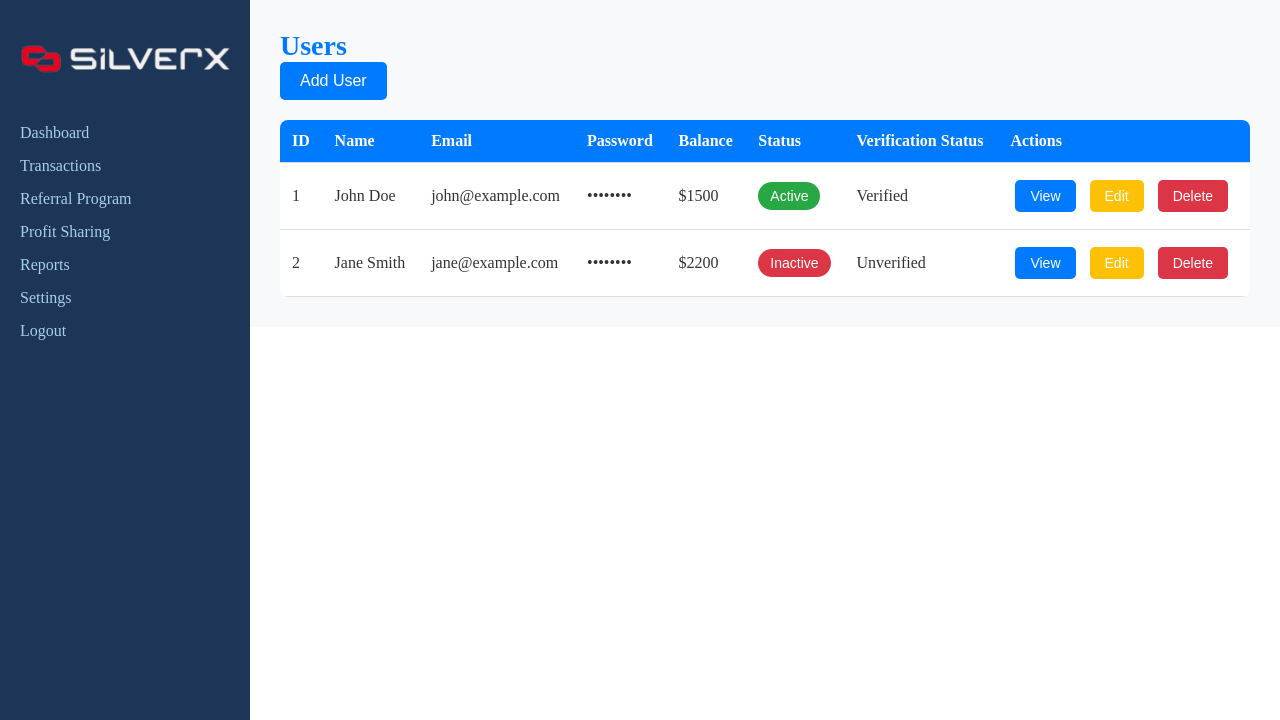
Repository: 2025silverx/slivedrX
Page: index.html
An editor plug-in stored every save of this project. The page is shown before and after the next save, followed by the edit.
The browser window is 1280 px wide. The pictures show the whole page.

Above is the page before, as saved 2025-01-19 21:03:32.

After the next save:
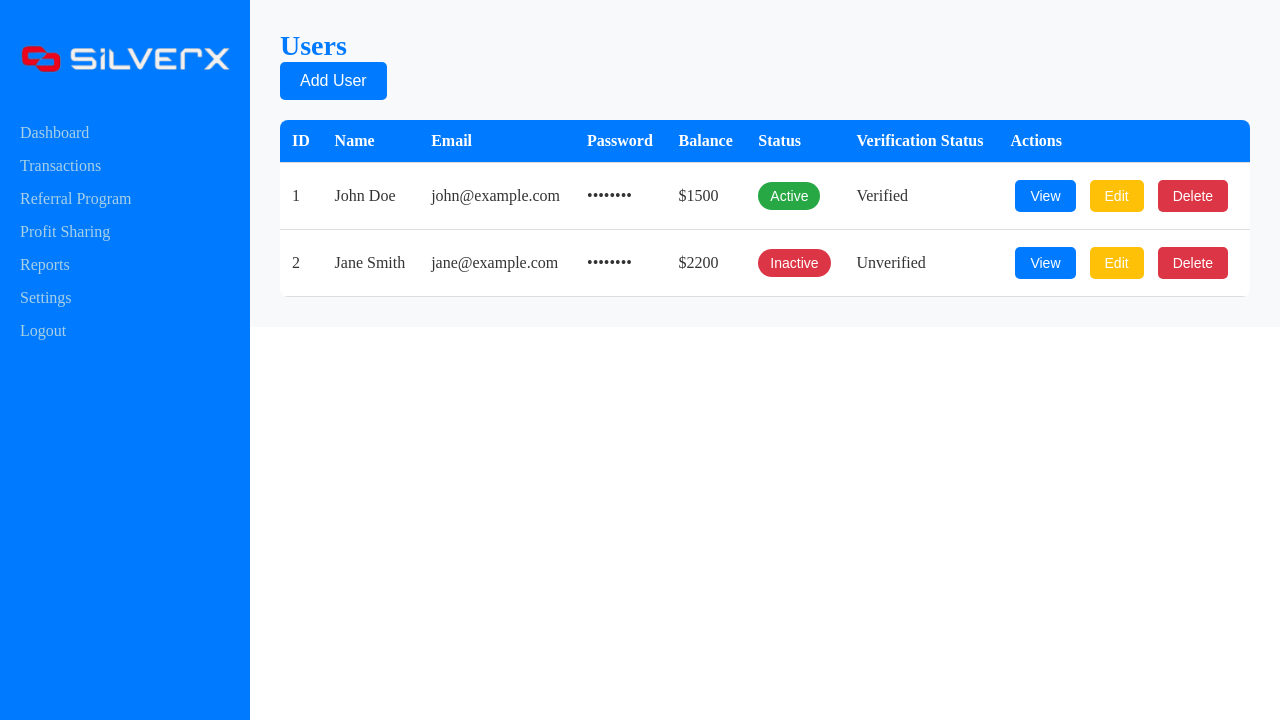
Saved 7 s later.
--- a/style.css
+++ b/style.css
@@ -10,7 +10,7 @@
     width: 250px;
     height: 100vh;
     position: fixed;
-    background-color: #1d3557; /* Bluish background */
+    background-color:#007bff; /* Bluish background */
     color: white;
     padding: 20px;
     display: flex;
